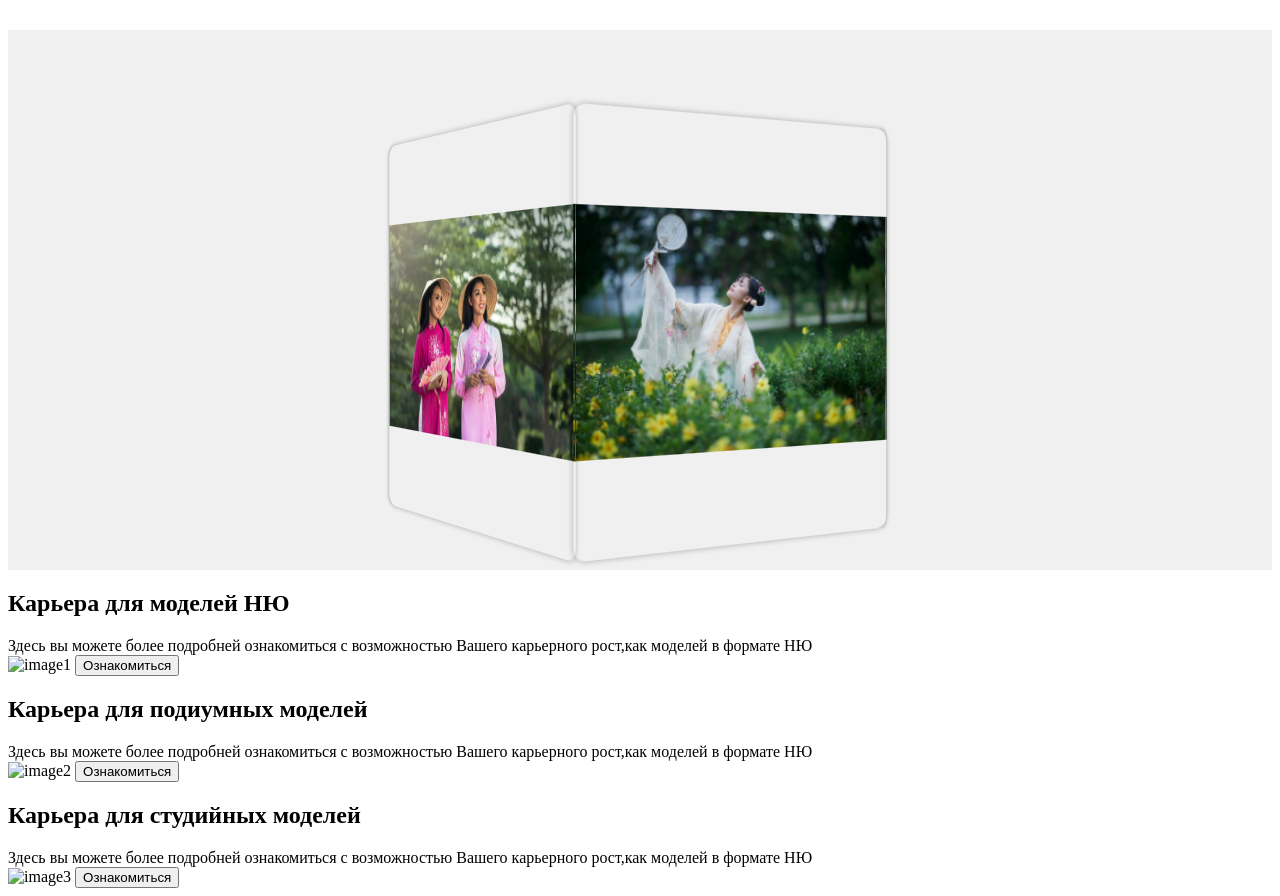
Repository: qtqqrdy13/model-studio
Page: index.html
These files come from the project's save history. The page is drawn as it stood at one moment and after the next save; the edit follows.
The browser window is 1280 px wide. The pictures show the part of the page from y = 1948 to 2900 px (the page is 2844 px tall before and 2900 px after).
A picture or video elsewhere on the page could not be fetched, so the positions and the page height are approximate.

Above is the page before, as saved 2023-09-01 12:56:02.
Not found: img.png

After the next save:
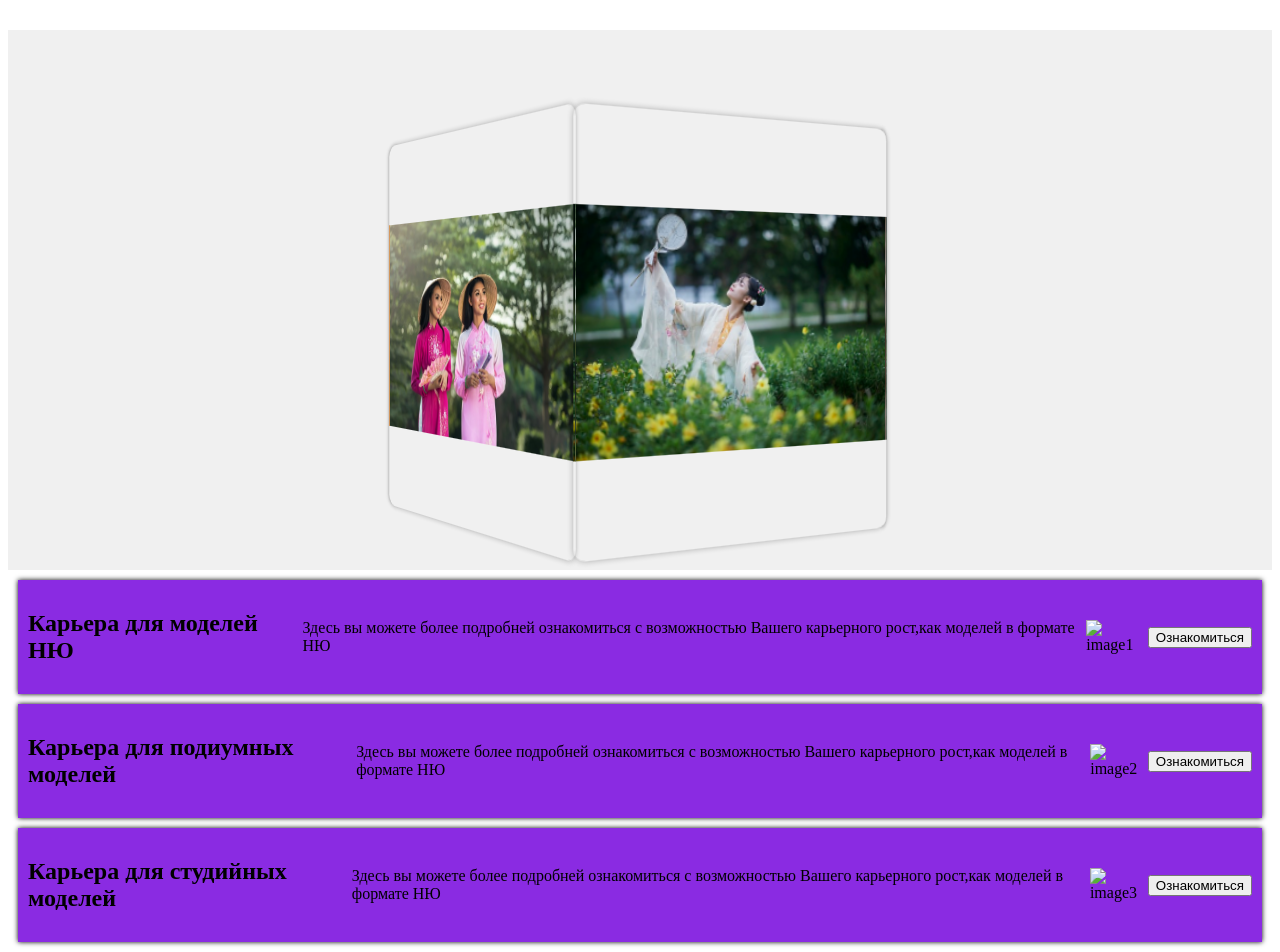
Saved 4 min 26 s later.
--- a/style.css
+++ b/style.css
@@ -324,3 +324,13 @@ transition: opacity 0.3s ease-in-out;
         margin-top:20px;
     }
 }
+.category{
+    display:flex;
+    background-color:blueviolet;
+    align-items:center;
+    justify-content:center;
+    margin:10px;
+    padding:10px;
+    box-shadow: 0 0 5px black;
+
+}
